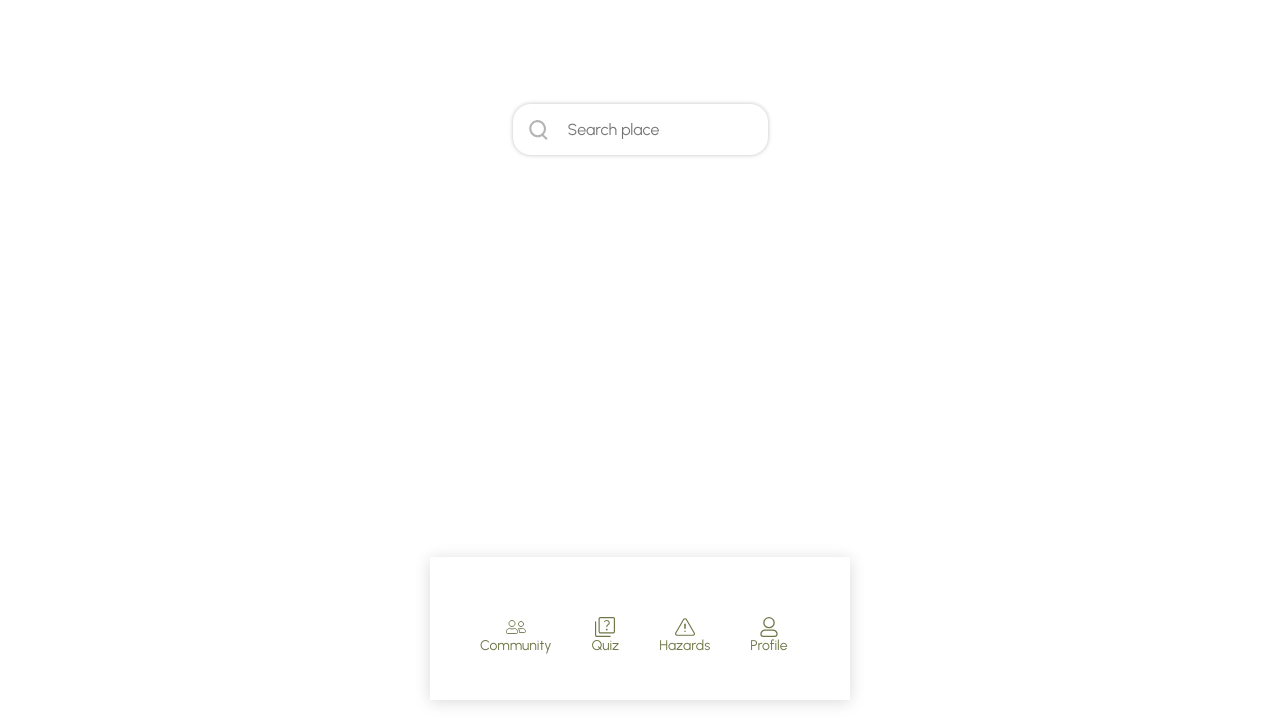
Repository: Aladdin3r/SafeCycle
Page: /
These files come from the project's save history. The page is drawn as it stood at one moment and after a run of saves; the edit follows.
The browser window is 1280 px wide. The pictures show the whole page.
The project was rebuilt for these pictures with package versions that can differ from the ones it lists, and the page was loaded fresh each time. The framework's server and built-in components were replaced by stand-ins that run in the browser.

Above is the page before, as saved 2024-04-15 13:25:22.

### pages/index.js
import Head from "next/head";
import styles from "@/styles/Home.module.css";
import NavBar from "@/components/NavBar";

export default function Home() {
  return (
    <>
      <Head>
        <title>SafeCycle</title>
        <meta name="description" content="Home Page" />
        <meta name="viewport" content="width=device-width, initial-scale=1" />
        <link rel="icon" href="/favicon3.png" />
      </Head>
      <main className={`${styles.main}`}>
        <NavBar />
      </main>
    </>
  );
}

### styles/globals.css
@import url('https://fonts.googleapis.com/css2?family=Urbanist:wght@300;400;500;600&display=swap');

:root {
  --grey: #F3F3F3;
  --light-grey: #B4B4B4;
  --button-color: #6e7747;
  --button-color-hover: #4d5527;
  --white: #fff;
  --correct: #008000;
  font-family: 'Urbanist', sans-serif;
}

### styles/Home.module.css
.main {
  display: flex;
  flex-direction: column;
  justify-content: space-between;
  align-items: center;
  padding: 6rem;
  min-height: 20vh;
}

.button {
  width: 372px;
  height: 47px;
  background-color: var(--button-color);
  color: white;
  border: 1.5px solid var(--button-color);
  border-radius: 7px;
}
.button:hover{
  width: 372px;
  height: 47px;
  background-color: var(--button-color-hover);
  color: white;
  border: 1.5px solid var(--button-color-hover);
  border-radius: 7px;
}

### components/NavBar/index.js
import nextConfig from '@/next.config.mjs'
import styles from './NavBar.module.css'
import Image from 'next/image'
import Link from 'next/link'

export default function NavBar() {
    return(
        <>
        <form>
            <div className={styles.search}>
                <Image className={styles.searchIcon} src="./icons/search.svg" width={20} height={20} />
                <input className={styles.searchInput} type="search" placeholder='Search place'></input>
            </div>
        </form>

        <div className={`${styles.container} ${styles.navigation}`}>

            <div className={styles.navigation}>

                <ul>

                    <li className={styles.list}>
                        <Image src="./icons/community.svg" width={20} height={20} />
                        <a>Community</a>
                    </li>
                    <Link href="/quiz/questionOne" className={styles.quizlink}>
                        <li className={styles.list}>
                            <Image src="./icons/quiz.svg" width={20} height={20} />
                            <a>Quiz</a>
                        </li>
                    </Link>
                    <li className={styles.list}>
                        <Image src="./icons/hazard.svg" width={20} height={20} />
                        <a>Hazards</a>
                    </li>
                    <li className={styles.list}>
                        <Image src="./icons/profile.svg" width={20} height={20} />
                        <a>Profile</a>
                    </li>

                </ul>
            </div>
        </div>
    </>
    )
}

### components/NavBar/NavBar.module.css
.search {
    flex-grow: 1;
    display: flex;
    justify-content: center;
    align-items: center;
    padding: 15px;
    border-radius: 28px;
    background-color: var(--white);
    border-radius: 18px;
    box-shadow: 0px 0px 4px 0px rgba(0, 0, 0, 0.25);
}

.searchInput {
    background-color: var(--white);
    border: none;
    font-size: 16px;
    color: var(--light-grey);
    font-family: 'Urbanist';
    flex-grow: 1;
}

.searchIcon {
    margin-right: 10px;
}

.container {
    display: flex;
    justify-content: center;
    align-items: center;
    position: fixed;
    bottom: 0;
    width: auto;
    background-color: white;
    padding: 10px;
    background-color: var(--white);
    box-shadow: 0px 2px 15px 0px rgba(0, 0, 0, 0.15);
    padding-top: 30px;
}

.search {
    display: flex;
    flex-direction: row;
    gap: 0.5em;
}

.navigation {
    width: 100%;
    max-width: 400px;
    margin-bottom: 20px;
}

.navigation ul{
    display: flex;
    flex-direction: row;
    gap: 2.5em;
    list-style-type: none;
    background-color: white;
    color: var(--button-color);
    margin-top: 30px;
}

.navigation li {
    display: flex;
    flex-direction: column;
    justify-content: center;
    align-items: center;
    font-size: 14px;
}

.quizlink {
    list-style: none;
    text-decoration: none;
    color: var(--button-color);
}

Loaded but not shown: pages/_app.js (common file); pages/_document.js (common file); next.config.mjs (common file)

After the next 4 saves:
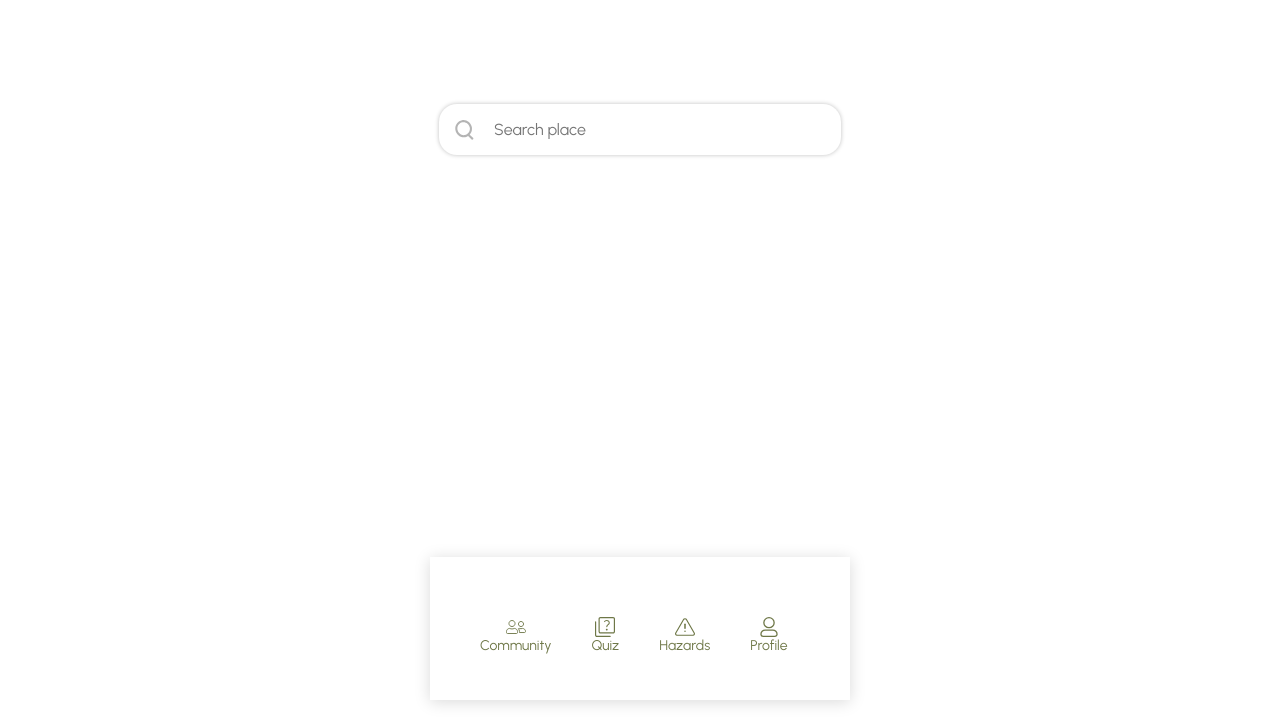
The 4 saves are shown as one change because they came seconds apart.
The last was saved 16 s later.
--- a/components/NavBar/NavBar.module.css
+++ b/components/NavBar/NavBar.module.css
@@ -4,6 +4,7 @@
     justify-content: center;
     align-items: center;
     padding: 15px;
+    width: 372px;
     border-radius: 28px;
     background-color: var(--white);
     border-radius: 18px;
